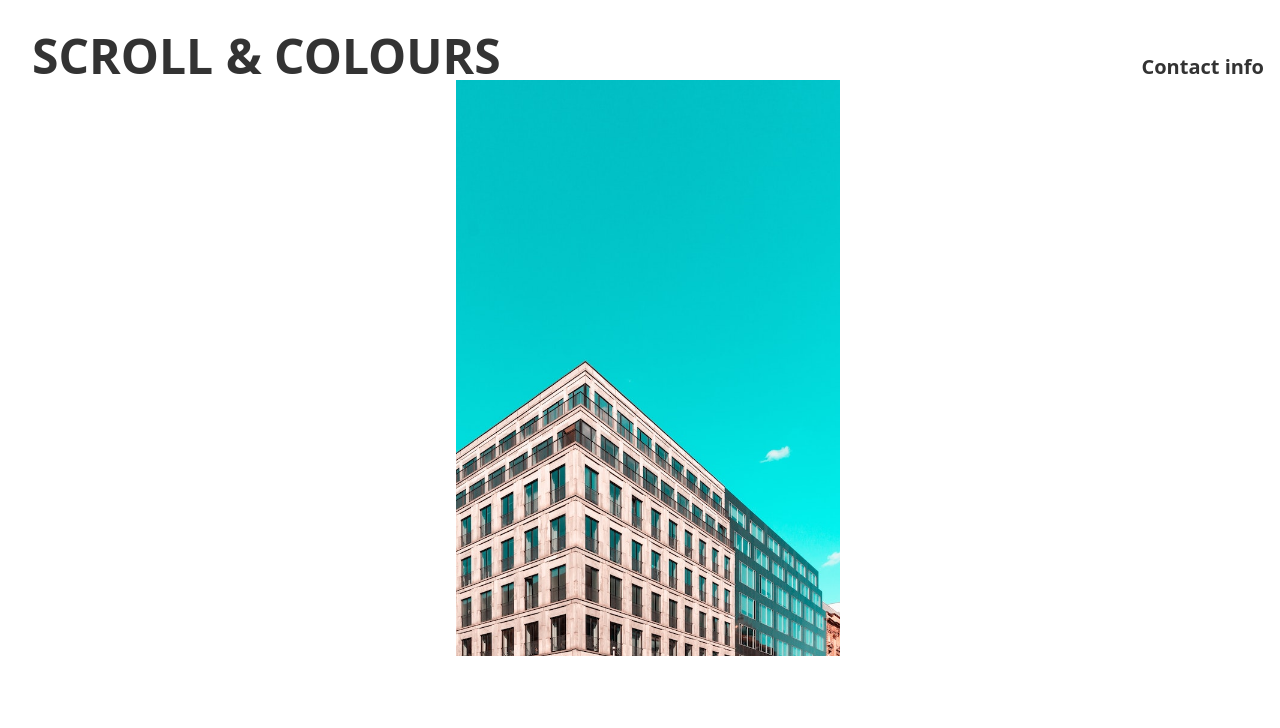
Repository: chelle-c/smooth-scroll-colours
Page: /
The author's editor kept a copy of each file at every save. The page is drawn from the files as they stood at one save, then again after the next save.
The browser window is 1280 px wide. The pictures show the whole page.
An inner scrolling area shows only its first screen. The project was rebuilt for these pictures with package versions that can differ from the ones it lists, and the page was loaded fresh each time. Imported but missing from the stored project, and not drawn on this page: images.

Above is the page before, as saved 2022-09-21 21:51:00.
Console error: TypeError: Cannot read properties of undefined (reading 'scrollTop')

After the next save:
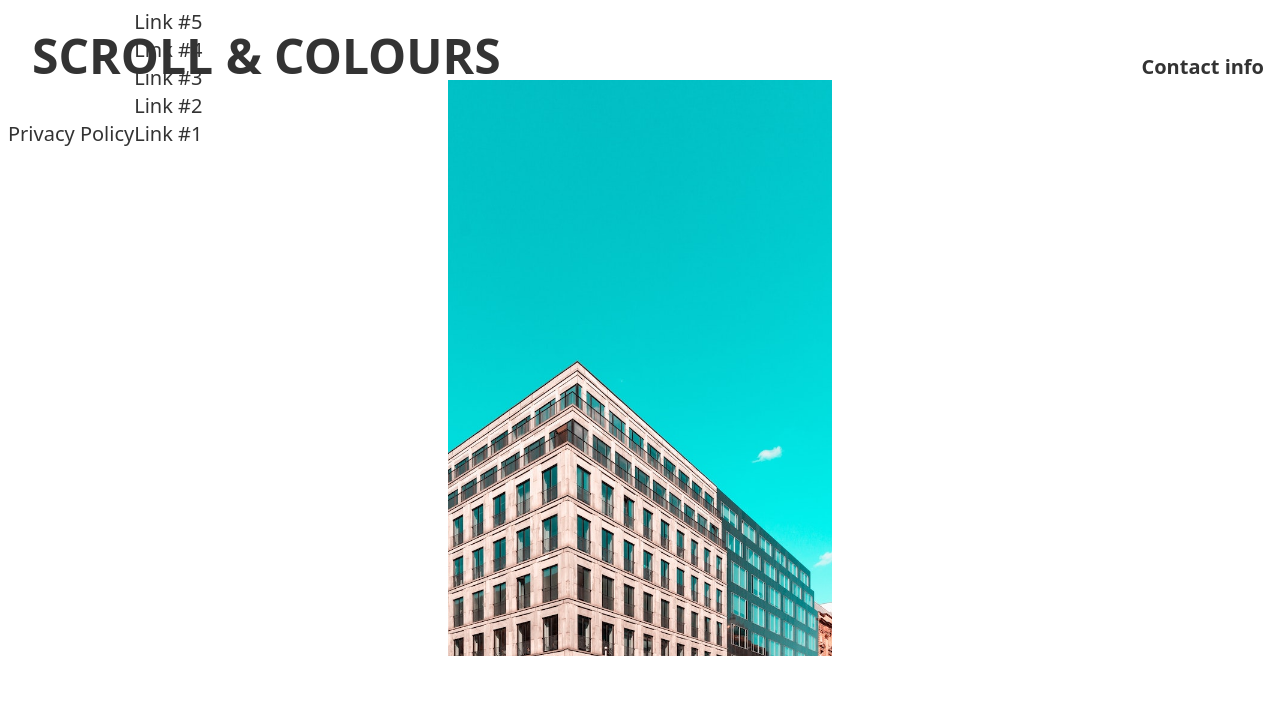
Saved 18 s later.
--- a/src/App.svelte
+++ b/src/App.svelte
@@ -17,7 +17,7 @@
 </script>
 
 <main
-	class="scrollsnap-container"
+	class="min-w-full min-h-screen flex scrollsnap-container"
 >
 	<div class="min-w-full min-h-screen p-6 flex flex-row justify-between items-baseline z-10 fixed">
 		<div>
